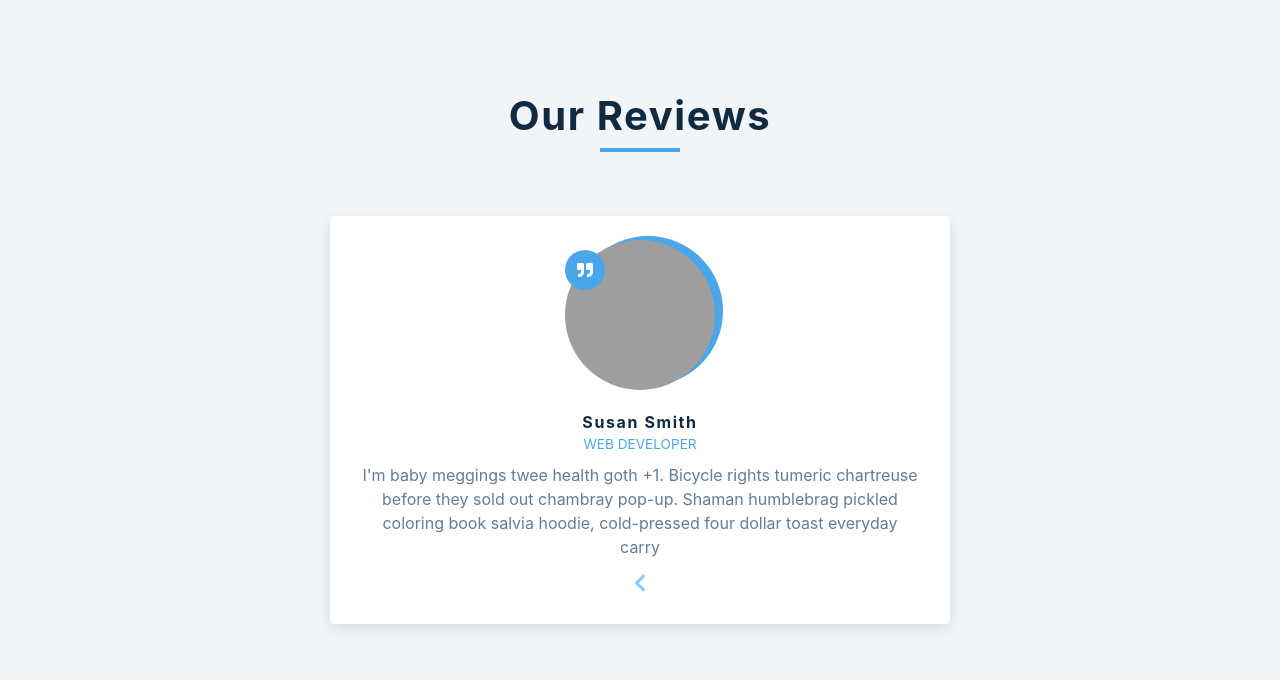
Repository: bodescuanamariia/reviews
Page: /
An editor plug-in stored every save of this project. The page is shown before and after the next save, followed by the edit.
The browser window is 1280 px wide. The pictures show the whole page.
Pictures or frames that could not be fetched are drawn as grey boxes. The project was rebuilt for these pictures with package versions that can differ from the ones it lists, and the page was loaded fresh each time.

Above is the page before, as saved 2022-04-20 11:39:21.

### src/index.css
/*
===============
Variables
===============
*/

:root {
  /* dark shades of primary color*/
  --clr-primary-1: hsl(205, 86%, 17%);
  --clr-primary-2: hsl(205, 77%, 27%);
  --clr-primary-3: hsl(205, 72%, 37%);
  --clr-primary-4: hsl(205, 63%, 48%);
  /* primary/main color */
  --clr-primary-5: hsl(205, 78%, 60%);
  /* lighter shades of primary color */
  --clr-primary-6: hsl(205, 89%, 70%);
  --clr-primary-7: hsl(205, 90%, 76%);
  --clr-primary-8: hsl(205, 86%, 81%);
  --clr-primary-9: hsl(205, 90%, 88%);
  --clr-primary-10: hsl(205, 100%, 96%);
  /* darkest grey - used for headings */
  --clr-grey-1: hsl(209, 61%, 16%);
  --clr-grey-2: hsl(211, 39%, 23%);
  --clr-grey-3: hsl(209, 34%, 30%);
  --clr-grey-4: hsl(209, 28%, 39%);
  /* grey used for paragraphs */
  --clr-grey-5: hsl(210, 22%, 49%);
  --clr-grey-6: hsl(209, 23%, 60%);
  --clr-grey-7: hsl(211, 27%, 70%);
  --clr-grey-8: hsl(210, 31%, 80%);
  --clr-grey-9: hsl(212, 33%, 89%);
  --clr-grey-10: hsl(210, 36%, 96%);
  --clr-white: #fff;
  --clr-red-dark: hsl(360, 67%, 44%);
  --clr-red-light: hsl(360, 71%, 66%);
  --clr-green-dark: hsl(125, 67%, 44%);
  --clr-green-light: hsl(125, 71%, 66%);
  --clr-black: #222;
  --transition: all 0.3s linear;
  --spacing: 0.1rem;
  --radius: 0.25rem;
  --light-shadow: 0 5px 15px rgba(0, 0, 0, 0.1);
  --dark-shadow: 0 5px 15px rgba(0, 0, 0, 0.2);
  --max-width: 1170px;
  --fixed-width: 620px;
}
/*
===============
Global Styles
===============
*/

*,
::after,
::before {
  margin: 0;
  padding: 0;
  box-sizing: border-box;
}
body {
  font-family: -apple-system, BlinkMacSystemFont, "Segoe UI", Roboto, Oxygen,
    Ubuntu, Cantarell, "Open Sans", "Helvetica Neue", sans-serif;
  background: var(--clr-grey-10);
  color: var(--clr-grey-1);
  line-height: 1.5;
  font-size: 0.875rem;
}
ul {
  list-style-type: none;
}
a {
  text-decoration: none;
}
h1,
h2,
h3,
h4 {
  letter-spacing: var(--spacing);
  text-transform: capitalize;
  line-height: 1.25;
  margin-bottom: 0.75rem;
}
h1 {
  font-size: 3rem;
}
h2 {
  font-size: 2rem;
}
h3 {
  font-size: 1.25rem;
}
h4 {
  font-size: 0.875rem;
}
p {
  margin-bottom: 1.25rem;
  color: var(--clr-grey-5);
}
@media screen and (min-width: 800px) {
  h1 {
    font-size: 4rem;
  }
  h2 {
    font-size: 2.5rem;
  }
  h3 {
    font-size: 1.75rem;
  }
  h4 {
    font-size: 1rem;
  }
  body {
    font-size: 1rem;
  }
  h1,
  h2,
  h3,
  h4 {
    line-height: 1;
  }
}

/*  global classes */

/* section */
.section {
  width: 90vw;
  margin: 0 auto;
  max-width: var(--max-width);
}

@media screen and (min-width: 992px) {
  .section {
    width: 95vw;
  }
}

/*
===============
Reviews
===============
*/
main {
  min-height: 100vh;
  display: grid;
  place-items: center;
}
.title {
  text-align: center;
  margin-bottom: 4rem;
}
.underline {
  height: 0.25rem;
  width: 5rem;
  background: var(--clr-primary-5);
  margin-left: auto;
  margin-right: auto;
}
.container {
  width: 80vw;
  max-width: var(--fixed-width);
}
.review {
  background: var(--clr-white);
  padding: 1.5rem 2rem;
  border-radius: var(--radius);
  box-shadow: var(--light-shadow);
  transition: var(--transition);
  text-align: center;
}
.review:hover {
  box-shadow: var(--dark-shadow);
}
.img-container {
  position: relative;
  width: 150px;
  height: 150px;
  border-radius: 50%;
  margin: 0 auto;
  margin-bottom: 1.5rem;
}
.person-img {
  width: 100%;
  display: block;
  height: 100%;
  object-fit: cover;
  border-radius: 50%;
  position: relative;
}
.quote-icon {
  position: absolute;
  top: 0;
  left: 0;
  width: 2.5rem;
  height: 2.5rem;
  display: grid;
  place-items: center;
  border-radius: 50%;
  transform: translateY(25%);
  background: var(--clr-primary-5);
  color: var(--clr-white);
}
.img-container::before {
  content: "";
  width: 100%;
  height: 100%;
  background: var(--clr-primary-5);
  position: absolute;
  top: -0.25rem;
  right: -0.5rem;
  border-radius: 50%;
}
.author {
  margin-bottom: 0.25rem;
}
.job {
  margin-bottom: 0.5rem;
  text-transform: uppercase;
  color: var(--clr-primary-5);
  font-size: 0.85rem;
}
.info {
  margin-bottom: 0.75rem;
}
.prev-btn,
.next-btn {
  color: var(--clr-primary-7);
  font-size: 1.25rem;
  background: transparent;
  border-color: transparent;
  margin: 0 0.5rem;
  transition: var(--transition);
  cursor: pointer;
}
.prev-btn:hover,
.next-btn:hover {
  color: var(--clr-primary-5);
}
.random-btn {
  margin-top: 0.5rem;
  background: var(--clr-primary-10);
  color: var(--clr-primary-5);
  padding: 0.25rem 0.5rem;
  text-transform: capitalize;
  border-radius: var(--radius);
  transition: var(--transition);
  border-color: transparent;
  cursor: pointer;
}
.random-btn:hover {
  background: var(--clr-primary-5);
  color: var(--clr-primary-1);
}

.icon {
  font-size: 4rem;
  color: red;
}

### src/App.js
import React from "react";
import Review from "./Review";

function App() {
  return (
    <main>
      <section className="container">
        <div className="title">
          <h2>our reviews</h2>
          <div className="underline"></div>
        </div>
        <Review />
      </section>
    </main>
  );
}

export default App;

### src/Review.js
import React, { useState } from "react";
import people from "./data";
import { FaChevronLeft, FaChevronRight, FaQuoteRight } from "react-icons/fa";

const Review = () => {
  const [index, setIndex] = useState(0);
  const { name, job, image, text } = people[index];

  return (
    <article className="review">
      <div className="img-container">
        <img src={image} alt={name} className="person-img" />
        <span className="quote-icon">
          <FaQuoteRight />
        </span>
      </div>
      <h4 className="author">{name}</h4>
      <p className="job">{job}</p>
      <p className="info">{text}</p>
      <div className="button-container">
        <button className="prev-btn">
          <FaChevronLeft />
        </button>
      </div>
    </article>
  );
};

export default Review;

### src/data.js
const reviews = [
  {
    id: 1,
    name: "susan smith",
    job: "web developer",
    image:
      "https://res.cloudinary.com/diqqf3eq2/image/upload/v1586883334/person-1_rfzshl.jpg",
    text: "I'm baby meggings twee health goth +1. Bicycle rights tumeric chartreuse before they sold out chambray pop-up. Shaman humblebrag pickled coloring book salvia hoodie, cold-pressed four dollar toast everyday carry",
  },
  {
    id: 2,
    name: "anna johnson",
    job: "web designer",
    image:
      "https://res.cloudinary.com/diqqf3eq2/image/upload/v1586883409/person-2_np9x5l.jpg",
    text: "Helvetica artisan kinfolk thundercats lumbersexual blue bottle. Disrupt glossier gastropub deep v vice franzen hell of brooklyn twee enamel pin fashion axe.photo booth jean shorts artisan narwhal.",
  },
  {
    id: 3,
    name: "peter jones",
    job: "intern",
    image:
      "https://res.cloudinary.com/diqqf3eq2/image/upload/v1586883417/person-3_ipa0mj.jpg",
    text: "Sriracha literally flexitarian irony, vape marfa unicorn. Glossier tattooed 8-bit, fixie waistcoat offal activated charcoal slow-carb marfa hell of pabst raclette post-ironic jianbing swag.",
  },
  {
    id: 4,
    name: "bill anderson",
    job: "the boss",
    image:
      "https://res.cloudinary.com/diqqf3eq2/image/upload/v1586883423/person-4_t9nxjt.jpg",
    text: "Edison bulb put a bird on it humblebrag, marfa pok pok heirloom fashion axe cray stumptown venmo actually seitan. VHS farm-to-table schlitz, edison bulb pop-up 3 wolf moon tote bag street art shabby chic. ",
  },
];

export default reviews;

Loaded but not shown: public/index.html (common file); src/index.js (common file)

After the next save:
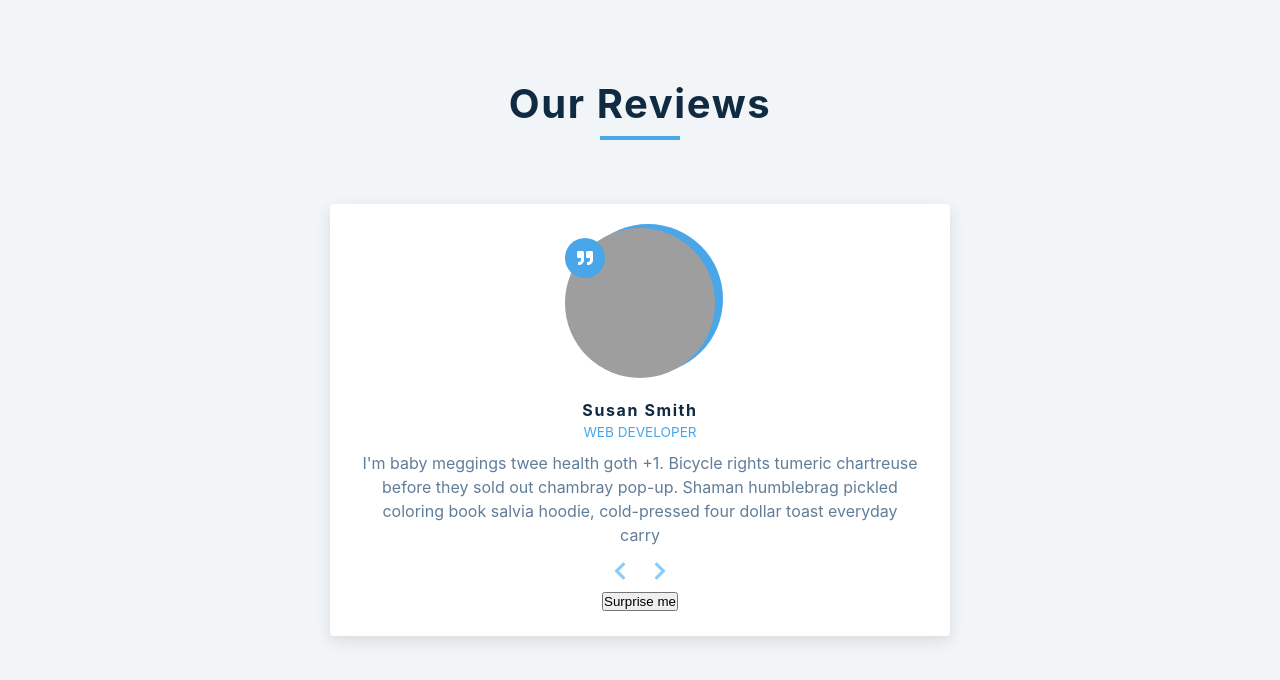
Saved 110 s later.
--- a/src/Review.js
+++ b/src/Review.js
@@ -21,7 +21,11 @@
         <button className="prev-btn">
           <FaChevronLeft />
         </button>
+        <button className="next-btn">
+          <FaChevronRight />
+        </button>
       </div>
+      <button className="random">Surprise me</button>
     </article>
   );
 };
